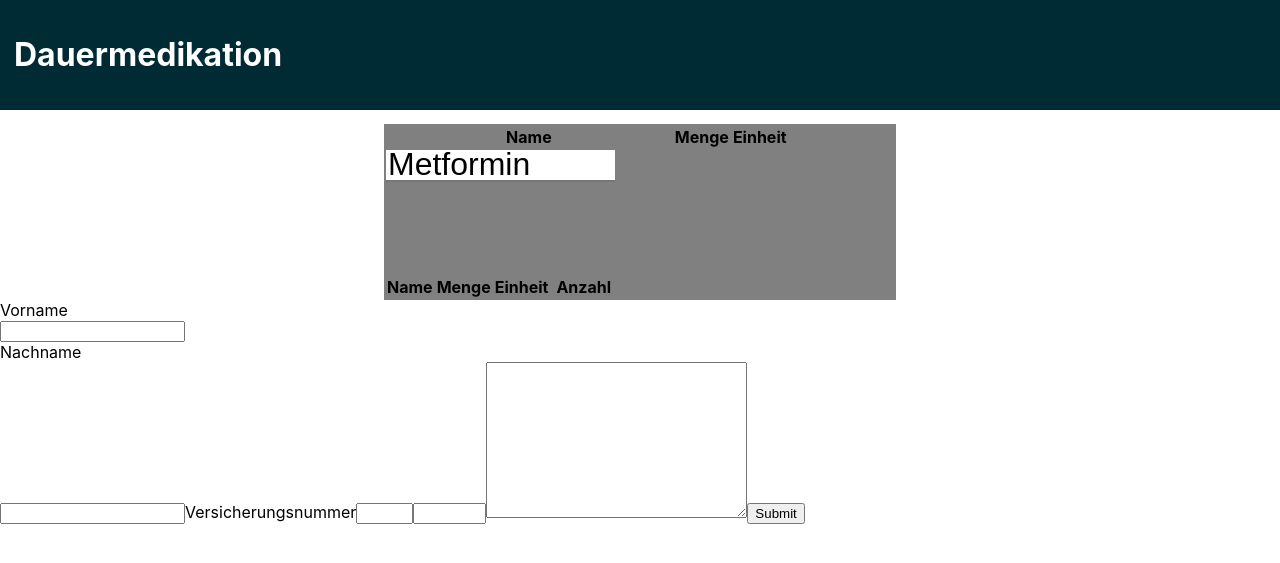
Repository: Esatollah/MedDemo
Page: / (app in client/)
The author's editor kept a copy of each file at every save. The page is drawn from the files as they stood at one save, then again after the next save.
The browser window is 1280 px wide. The pictures show the whole page.
The page's requests for data from a server got no answer. The project was rebuilt for these pictures with package versions that can differ from the ones it lists, and the page was loaded fresh each time. No one was signed in, and anything a server would have sent is missing. Also part of the build but not shown: client/src/App.css, client/src/Routes/Bestellungen.jsx.

Above is the page before, as saved 2022-06-10 10:06:54.

### client/src/App.js
import './App.css';
import SearchBar from './Routes/Search';
import {BrowserRouter, Routes, Route} from 'react-router-dom'
import Bestellungen from './Routes/Bestellungen';
import ReactModal from 'react-modal';

ReactModal.setAppElement('#root')

function App() {
  return (
    <BrowserRouter>
    <Routes>
      <Route path='/' element={<div><SearchBar/></div>}/>
      <Route path='/bestellungen' element={<div><Bestellungen/></div>}/>
    </Routes>
    </BrowserRouter>
  );
}

export default App;

### client/src/Routes/Search.jsx
import React, { useState, useEffect } from 'react'
import DrugAPI from '../api/DrugAPI';
import Form from '../components/Form';
import Navbar from '../components/Navbar';
import { SearchWrap } from '../Styles/SearchStyles';


const Search = () => {

  const [searchinput, setSearchinput] = useState("Metformin");
  const [drugs, setDrugs] = useState([]);
  const [cartitems, setCartitems] = useState([]);

  useEffect(() => {
    const fetchData = async () => {
      try {
        const result = await DrugAPI.get(`/?drugsearch=${searchinput}`)
        setDrugs(result.data.meds)
      } catch (err) {
        console.error(err);
      }
    }

    fetchData();

  }, [searchinput])

  const handleDrugClick = (e, x) => {
    const is_in_cart = cartitems.some(y => {
      if (y.id === x.id) {
        return true;
      }

      return false;
    })

    if (is_in_cart) {
      return
    }
    let temp = { ...x, anzahl: "1" }
    setCartitems([...cartitems, temp]);
  }

  const handleDelete = (e, x, index) => {
    let temp = [...cartitems]

    temp.splice(index, 1);

    setCartitems(temp);
  }

  const handleCountchange = (e, x, index) => {
    let temps = [...cartitems]
    let temp = {
      ...temps[index],
      anzahl: e.target.value
    }
    temps[index] = temp
    setCartitems(temps);

  }


  return (
    <>
      <Navbar />
      <div className='order-container'>
        <SearchWrap>
          <div className='search-container'>
            <div className='table-container'>
              <table className='drugtable'>
          <input type="search" placeholder="Suche" id="search" value={searchinput} onChange={e => setSearchinput(e.target.value)} />
                <thead>
                  <tr>
                    <th scope='col'>
                      Name
                    </th>
                    <th scope='col'>Menge</th>
                    <th scope='col'>Einheit</th>
                    <th scope='col'></th>
                  </tr>
                </thead>
                <tbody>
                  {drugs && drugs.map((x) => {
                    return (
                      <tr key={x.id} className="drug-row" >
                        <td className={x.name}>{x.name}</td>
                        <td>{x.menge}</td>
                        <td>{x.mengenart}</td>
                        <td><button onClick={(e) => { handleDrugClick(e, x) }}>+</ button></td>
                      </tr>
                    )
                  })}
                </tbody>

              </table>
            </div>

            <div className='cart-container'>
              <table>
                <thead>
                  <tr>
                    <th scope='col'>
                      Name
                    </th>
                    <th scope='col'>Menge</th>
                    <th scope='col'>Einheit</th>
                    <th scope='col'></th>
                    <th scope='col'>Anzahl</th>
                  </tr>
                </thead>
                <tbody>
                  {cartitems && cartitems.map((x, index) => {
                    if (x.abgabezahl) {
                      return (
                        <tr key={index} className="drug-row" >
                          <td>{x.name}</td>
                          <td>{x.menge}</td>
                          <td>{x.mengenart}</td>
                          <td><button onClick={(e) => handleDelete(e, x, index)}>-</button></td>
                          <td><select onChange={(e) => { handleCountchange(e, x, index) }}><option value="1">1</option><option value="2">2</option></select></td>
                        </tr>
                      )
                    }
                    return (
                      <tr key={index} className="drug-row" >
                        <td>{x.name}</td>
                        <td>{x.menge}</td>
                        <td>{x.mengenart}</td>
                        <td><button onClick={(e) => handleDelete(e, x, index)}>-</button></td>
                        <td>1</td>
                      </tr>
                    )
                  })}
                </tbody>
              </ table>
            </div>
          </div>
        </SearchWrap>
      </div>

      <Form cartitems={cartitems} setCartitems={setCartitems} />
    </>
  )
}

export default Search

### client/src/api/DrugAPI.js
import axios from 'axios'

export default axios.create({
    baseURL: "http://localhost:5000/api"
})

### client/src/components/Form.jsx
import React, {useState}from 'react'
import DrugAPI from '../api/DrugAPI'

const Form = props => {

    const [fname, setFname] = useState('');
    const [lname, setLname] = useState('');
    const [vpin, setVpin] = useState('');
    const [vbday, setVbday] = useState('');
    const [anmerkungen, setAnmerkungen] = useState('');

    const handleSubmit = (e) => {

        e.preventDefault();
        const formdata = {
            fname,
            lname,
            vpin,
            vbday,
            anmerkungen
        }

        const fetchData = async () =>{
            try {
            await DrugAPI.post("/", {drugs:{...props.cartitems}, ...formdata})
            } catch (error) {
                console.error(error);
            }
    }

    fetchData();

    setFname('');setLname('');setVpin('');setVbday('');setAnmerkungen('');
    props.setCartitems([]);

}


  return (
    <div>
        <form onSubmit={(e) =>handleSubmit(e)}>
            <label htmlFor="fname">Vorname</label><br/>
            <input type="text" value={fname} id="fname" name="fname" onChange={(e)=> setFname(e.target.value)}required/><br/>
            <label htmlFor="lname">Nachname</label><br />
            <input type="text" id="lname" value={lname} onChange={(e) => setLname(e.target.value)}name="lname" required />
            <label htmlFor="pin">Versicherungsnummer</label>
            <input type="text" id="pin" value={vpin} onChange={(e) => setVpin(e.target.value)} name="pin" size="4" minLength="4"maxLength="4" required/>
            <input type="text" id="bday" value={vbday} onChange={(e) => setVbday(e.target.value)} name="bday" size="6" minLength={6} maxLength={6} required/>
            <textarea value={anmerkungen} onChange={(e) => setAnmerkungen(e.target.value)} name="message" rows="10" cols="30" className='textarea'>
            </textarea>
            <input type="submit" value="Submit" ></input><br />
        </form>
    </div>

  )
}

export default Form

### client/src/components/Navbar.jsx
import React from 'react'
import { NavWrap } from '../Styles/NavbarStyles'
const Navbar = () => {
  return (
    <NavWrap>
        <h1>Dauermedikation</h1>
    </NavWrap>
  )
}

export default Navbar

### client/src/Styles/SearchStyles.js
import styled from 'styled-components';

export const SearchWrap = styled.div`

    justify-content: center;
    display: flex;
    flex-direction: row;
    align-items: center;

    #search {
    width:80%;
    height: 2rem;
    outline:none;
    border-top: hidden;
    border-right: hidden;
    border-left: hidden;
    font-size: 2rem;
}

.table-container {
    max-height: 200px;
    max-width: 80%;
    min-width:80%;
    overflow-y: auto;
}


.search-container {
    max-width:40%;
}

.drug-row:hover {
    background-color: beige;
}

.search-container {
    width: 90%;
    background-color: gray;
    .table-container {
        width :100%;
        height: 150px;

    }

}

`;

### client/src/Styles/NavbarStyles.js
import styled from "styled-components"

export const NavWrap = styled.div`
    width:100%;
    padding: 14px 0;
    background-color: #002b34;
    margin-bottom: 14px;
    h1 {
        margin-left: 14px;
        color: #fff
    }
`;

Loaded but not shown: client/public/index.html (common file); client/src/index.js (common file); client/src/index.css (common file)

After the next save:
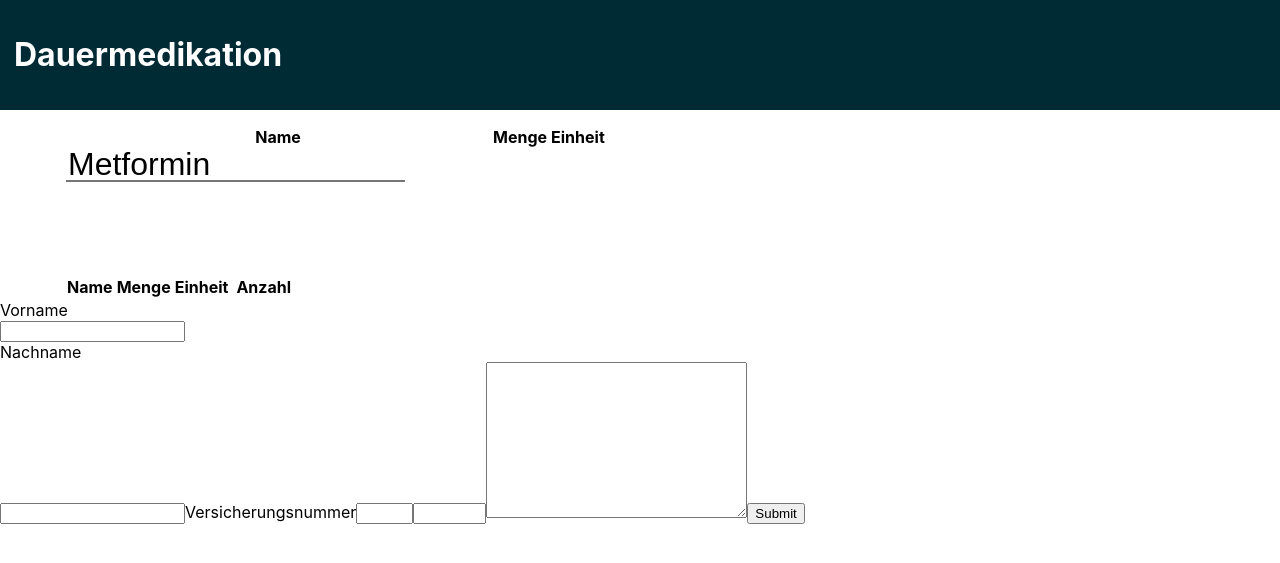
Saved 14 s later.
--- a/client/src/Styles/SearchStyles.js
+++ b/client/src/Styles/SearchStyles.js
@@ -35,7 +35,7 @@ export const SearchWrap = styled.div`
 
 .search-container {
     width: 90%;
-    background-color: gray;
+    min-width: 90%;
     .table-container {
         width :100%;
         height: 150px;
